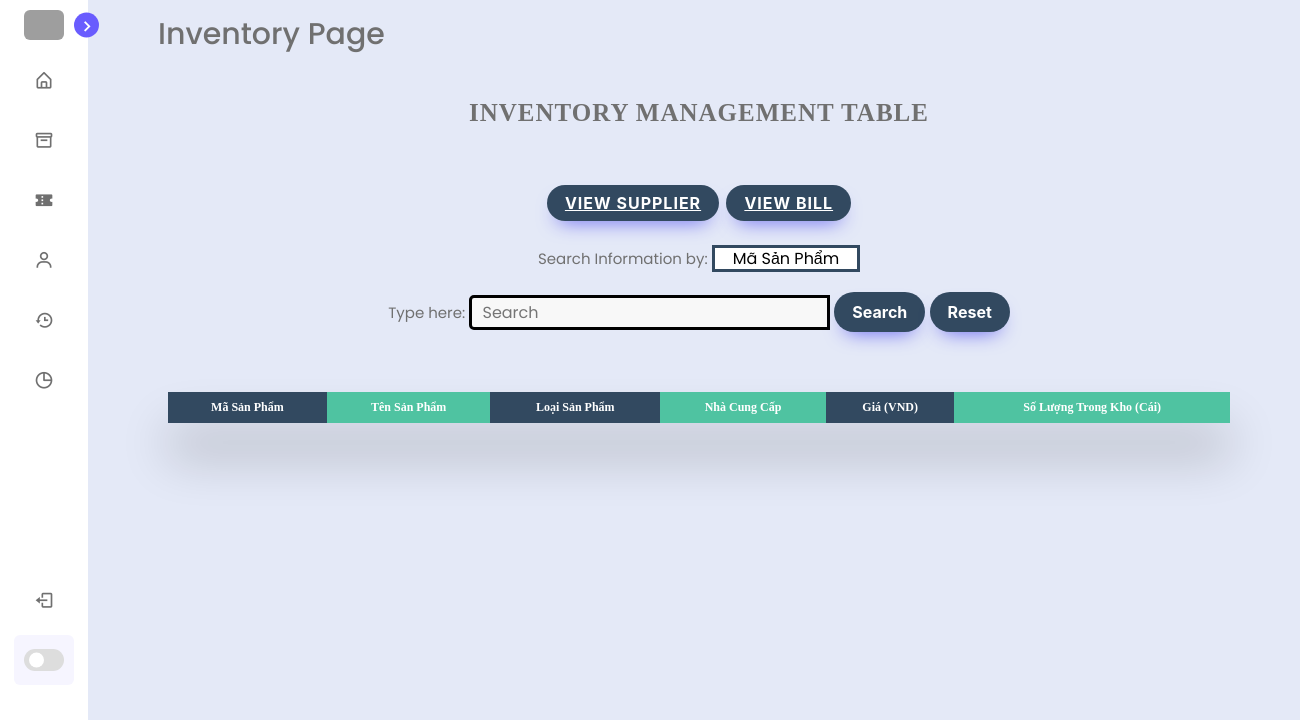
Repository: JeffDaveHudson/CapstoneProject
Page: http://localhost/CapstoneProject/inventory
These files come from the project's save history. The page is drawn as it stood at one moment and after the next save; the edit follows.
The browser window is 1280 px wide. The page is 1300 px wide, so the pictures cover 1300 px, including what lies to the right of the window. The pictures show the whole page.
Pictures or frames that could not be fetched are drawn as grey boxes. The page is served by Tomcat 9.

Above is the page before, as saved 2023-05-21 12:35:28.

After the next save:
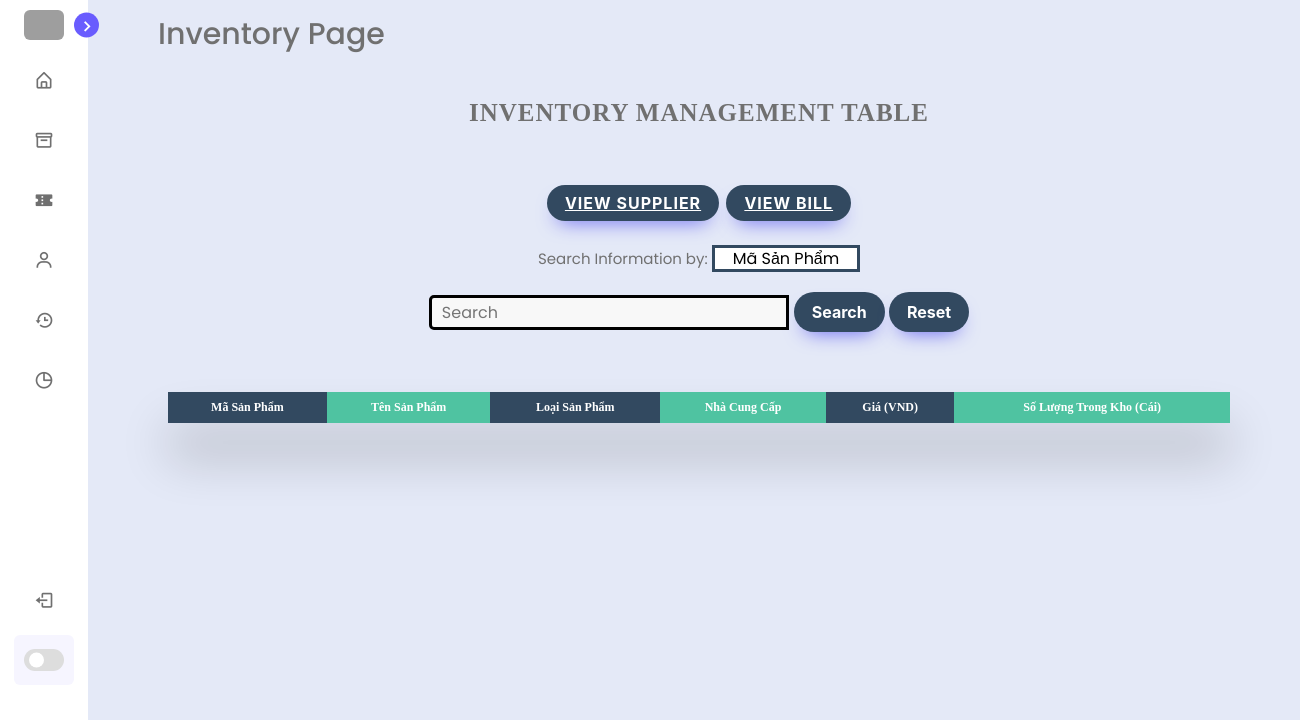
Saved 26 s later.
--- a/CapstoneProject/src/main/webapp/admin/Inventory.jsp
+++ b/CapstoneProject/src/main/webapp/admin/Inventory.jsp
@@ -42,7 +42,6 @@
     								</select>
     	</form:form>
         <form:form id="form2">
-        	<p class = "text2" >Type here:</p>
   						<div class="searchbar"><input name="search" type="search" placeholder='Search' /></div>
   						<button class = "button-search" type = "submit">Search</button>
                 		<button class = "button-search" type = "reset">Reset</button>
